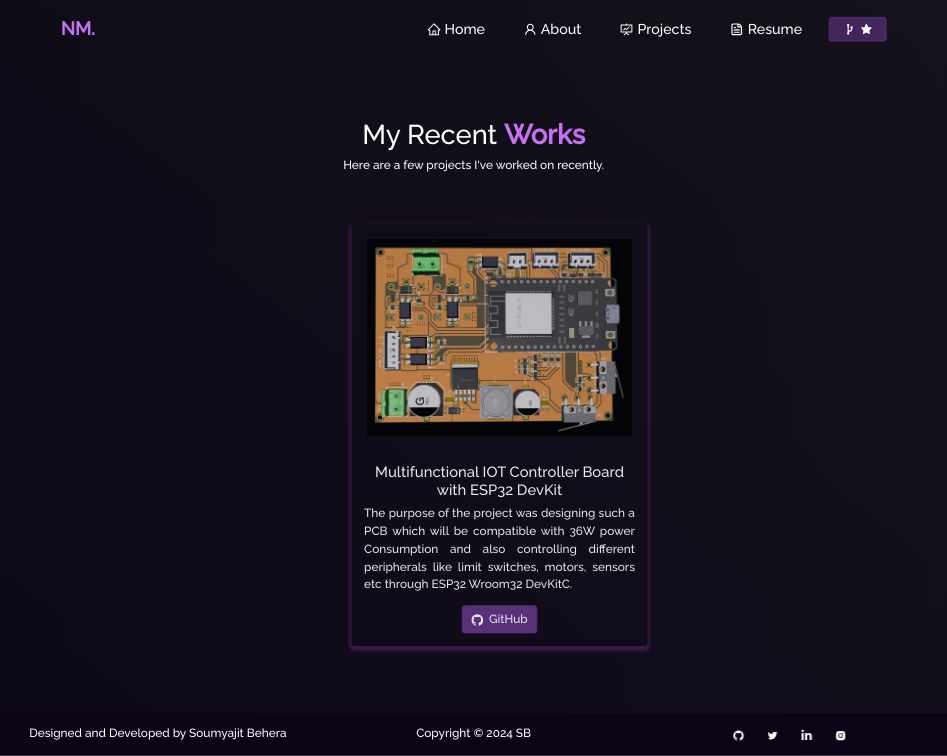
Repository: nenadMarkorvic/personal-website
Page: /project
These files come from the project's save history. The page is drawn as it stood at one moment and after the next save; the edit follows.
The browser window is 1280 px wide. The pictures show the whole page, at 74% of full size.
The project was rebuilt for these pictures with package versions that can differ from the ones it lists, and the page was loaded fresh each time. Also part of the build but not shown: src/components/Home/Home2.js, src/components/Home/Type.js, src/components/Home/Home.js, src/components/About/Github.js, src/components/About/AboutCard.js, src/components/About/Toolstack.js, src/components/About/About.js, src/components/Resume/ResumeNew.js. Imported but missing from the stored project, and not drawn on this page: src/Assets/Nenad Markovic_pcb.pdf.

Above is the page before, as saved 2024-08-29 10:51:47.

### src/components/Navbar.js
import React, { useState } from "react";
import Navbar from "react-bootstrap/Navbar";
import Nav from "react-bootstrap/Nav";
import Container from "react-bootstrap/Container";
import Button from "react-bootstrap/Button";
import { Link } from "react-router-dom";
import { CgGitFork } from "react-icons/cg";
import {
  AiFillStar,
  AiOutlineHome,
  AiOutlineFundProjectionScreen,
  AiOutlineUser,
} from "react-icons/ai";

import { CgFileDocument } from "react-icons/cg";

function NavBar() {
  const [expand, updateExpanded] = useState(false);
  const [navColour, updateNavbar] = useState(false);

  function scrollHandler() {
    if (window.scrollY >= 20) {
      updateNavbar(true);
    } else {
      updateNavbar(false);
    }
  }

  window.addEventListener("scroll", scrollHandler);

  return (
    <Navbar
      expanded={expand}
      fixed="top"
      expand="md"
      className={navColour ? "sticky" : "navbar"}
    >
      <Container>
        <Navbar.Brand href="/" className="d-flex">
          <p style={{ paddingTop: "10px", fontWeight: "bold", fontSize: "25px", color: "#c770f0" }}>NM.</p>
        </Navbar.Brand>
        <Navbar.Toggle
          aria-controls="responsive-navbar-nav"
          onClick={() => {
            updateExpanded(expand ? false : "expanded");
          }}
        >
          <span></span>
          <span></span>
          <span></span>
        </Navbar.Toggle>
        <Navbar.Collapse id="responsive-navbar-nav">
          <Nav className="ms-auto" defaultActiveKey="#home">
            <Nav.Item>
              <Nav.Link as={Link} to="/" onClick={() => updateExpanded(false)}>
                <AiOutlineHome style={{ marginBottom: "2px" }} /> Home
              </Nav.Link>
            </Nav.Item>

            <Nav.Item>
              <Nav.Link
                as={Link}
                to="/about"
                onClick={() => updateExpanded(false)}
              >
                <AiOutlineUser style={{ marginBottom: "2px" }} /> About
              </Nav.Link>
            </Nav.Item>

            <Nav.Item>
              <Nav.Link
                as={Link}
                to="/project"
                onClick={() => updateExpanded(false)}
              >
                <AiOutlineFundProjectionScreen
                  style={{ marginBottom: "2px" }}
                />{" "}
                Projects
              </Nav.Link>
            </Nav.Item>

            <Nav.Item>
              <Nav.Link
                as={Link}
                to="/resume"
                onClick={() => updateExpanded(false)}
              >
                <CgFileDocument style={{ marginBottom: "2px" }} /> Resume
              </Nav.Link>
            </Nav.Item>

            <Nav.Item className="fork-btn">
              <Button
                href="https://github.com/nenadMarkorvic"
                target="_blank"
                className="fork-btn-inner"
              >
                <CgGitFork style={{ fontSize: "1.2em" }} />{" "}
                <AiFillStar style={{ fontSize: "1.1em" }} />
              </Button>
            </Nav.Item>
          </Nav>
        </Navbar.Collapse>
      </Container>
    </Navbar>
  );
}

export default NavBar;

### src/components/Projects/Projects.js
import React from "react";
import { Container, Row, Col } from "react-bootstrap";
import ProjectCard from "./ProjectCards";
import Particle from "../Particle";

import project1 from '../../Assets/Projects/1.png'

function Projects() {
  return (
    <Container fluid className="project-section">
      <Particle />
      <Container>
        <h1 className="project-heading">
          My Recent <strong className="purple">Works </strong>
        </h1>
        <p style={{ color: "white" }}>
          Here are a few projects I've worked on recently.
        </p>
        <Row style={{ justifyContent: "center", paddingBottom: "10px" }}>
          <Col md={4} className="project-card">
            <ProjectCard
              imgPath={project1}
              isBlog={false}
              title="Multifunctional IOT Controller Board with ESP32 DevKit"
              description="The purpose of the project was designing such a PCB which will be compatible with 36W power Consumption and also controlling different peripherals like limit switches, motors, sensors etc through ESP32 Wroom32 DevKitC."
              ghLink=""
            />
          </Col>


        </Row>
      </Container>
    </Container>
  );
}

export default Projects;

### src/components/Footer.js
import React from "react";
import { Container, Row, Col } from "react-bootstrap";
import {
  AiFillGithub,
  AiOutlineTwitter,
  AiFillInstagram,
} from "react-icons/ai";
import { FaLinkedinIn } from "react-icons/fa";

function Footer() {
  let date = new Date();
  let year = date.getFullYear();
  return (
    <Container fluid className="footer">
      <Row>
        <Col md="4" className="footer-copywright">
          <h3>Designed and Developed by Soumyajit Behera</h3>
        </Col>
        <Col md="4" className="footer-copywright">
          <h3>Copyright © {year} SB</h3>
        </Col>
        <Col md="4" className="footer-body">
          <ul className="footer-icons">
            <li className="social-icons">
              <a
                href="https://github.com/soumyajit4419"
                style={{ color: "white" }}
                target="_blank"
                rel="noopener noreferrer"
              >
                <AiFillGithub />
              </a>
            </li>
            <li className="social-icons">
              <a
                href="https://twitter.com/Soumyajit4419"
                style={{ color: "white" }}
                target="_blank"
                rel="noopener noreferrer"
              >
                <AiOutlineTwitter />
              </a>
            </li>
            <li className="social-icons">
              <a
                href="https://www.linkedin.com/in/soumyajit4419/"
                style={{ color: "white" }}
                target="_blank"
                rel="noopener noreferrer"
              >
                <FaLinkedinIn />
              </a>
            </li>
            <li className="social-icons">
              <a
                href="https://www.instagram.com/soumyajit4419"
                style={{ color: "white" }}
                target="_blank"
                rel="noopener noreferrer"
              >
                <AiFillInstagram />
              </a>
            </li>
          </ul>
        </Col>
      </Row>
    </Container>
  );
}

export default Footer;

### src/components/Particle.js
import React from "react";
import Particles from "react-tsparticles";

function Particle() {
  return (
    <Particles
      id="tsparticles"
      params={{
        particles: {
          number: {
            value: 160,
            density: {
              enable: true,
              value_area: 1500,
            },
          },
          line_linked: {
            enable: false,
            opacity: 0.03,
          },
          move: {
            direction: "right",
            speed: 0.05,
          },
          size: {
            value: 1,
          },
          opacity: {
            anim: {
              enable: true,
              speed: 1,
              opacity_min: 0.05,
            },
          },
        },
        interactivity: {
          events: {
            onclick: {
              enable: true,
              mode: "push",
            },
          },
          modes: {
            push: {
              particles_nb: 1,
            },
          },
        },
        retina_detect: true,
      }}
    />
  );
}

export default Particle;

### src/components/Projects/ProjectCards.js
import React from "react";
import Card from "react-bootstrap/Card";
import Button from "react-bootstrap/Button";
import { CgWebsite } from "react-icons/cg";
import { BsGithub } from "react-icons/bs";

function ProjectCards(props) {
  return (
    <Card className="project-card-view" style={{ width: '400px' }}>
      <Card.Img variant="top" src={props.imgPath} alt="card-img" />
      <Card.Body>
        <Card.Title>{props.title}</Card.Title>
        <Card.Text style={{ textAlign: "justify" }}>
          {props.description}
        </Card.Text>
        <Button variant="primary" href={props.ghLink} target="_blank">
          <BsGithub /> &nbsp;
          {props.isBlog ? "Blog" : "GitHub"}
        </Button>
        {"\n"}
        {"\n"}
      </Card.Body>
    </Card>
  );
}
export default ProjectCards;

Loaded but not shown: public/index.html (common file); src/index.js (common file); src/index.css (common file); src/App.js (common file); src/reportWebVitals.js (common file); src/components/Pre.js (common file); src/components/ScrollToTop.js (common file); src/style.css (common file); src/App.css (common file)

After the next save:
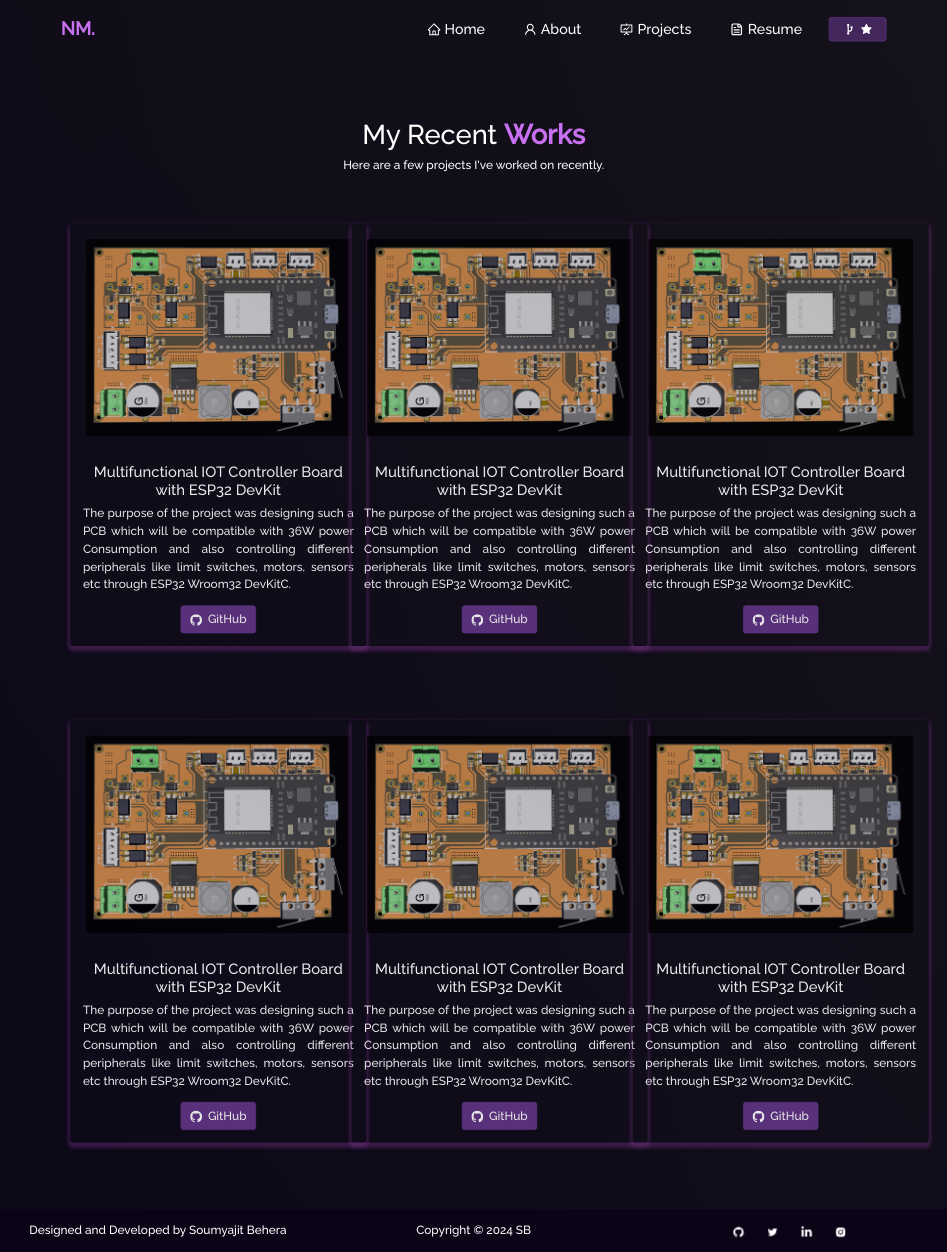
Saved 8 s later.
--- a/src/components/Projects/Projects.js
+++ b/src/components/Projects/Projects.js
@@ -26,7 +26,47 @@
               ghLink=""
             />
           </Col>
-
+          <Col md={4} className="project-card">
+            <ProjectCard
+              imgPath={project1}
+              isBlog={false}
+              title="Multifunctional IOT Controller Board with ESP32 DevKit"
+              description="The purpose of the project was designing such a PCB which will be compatible with 36W power Consumption and also controlling different peripherals like limit switches, motors, sensors etc through ESP32 Wroom32 DevKitC."
+              ghLink=""
+            />
+          </Col><Col md={4} className="project-card">
+            <ProjectCard
+              imgPath={project1}
+              isBlog={false}
+              title="Multifunctional IOT Controller Board with ESP32 DevKit"
+              description="The purpose of the project was designing such a PCB which will be compatible with 36W power Consumption and also controlling different peripherals like limit switches, motors, sensors etc through ESP32 Wroom32 DevKitC."
+              ghLink=""
+            />
+          </Col><Col md={4} className="project-card">
+            <ProjectCard
+              imgPath={project1}
+              isBlog={false}
+              title="Multifunctional IOT Controller Board with ESP32 DevKit"
+              description="The purpose of the project was designing such a PCB which will be compatible with 36W power Consumption and also controlling different peripherals like limit switches, motors, sensors etc through ESP32 Wroom32 DevKitC."
+              ghLink=""
+            />
+          </Col><Col md={4} className="project-card">
+            <ProjectCard
+              imgPath={project1}
+              isBlog={false}
+              title="Multifunctional IOT Controller Board with ESP32 DevKit"
+              description="The purpose of the project was designing such a PCB which will be compatible with 36W power Consumption and also controlling different peripherals like limit switches, motors, sensors etc through ESP32 Wroom32 DevKitC."
+              ghLink=""
+            />
+          </Col><Col md={4} className="project-card">
+            <ProjectCard
+              imgPath={project1}
+              isBlog={false}
+              title="Multifunctional IOT Controller Board with ESP32 DevKit"
+              description="The purpose of the project was designing such a PCB which will be compatible with 36W power Consumption and also controlling different peripherals like limit switches, motors, sensors etc through ESP32 Wroom32 DevKitC."
+              ghLink=""
+            />
+          </Col>
 
         </Row>
       </Container>
